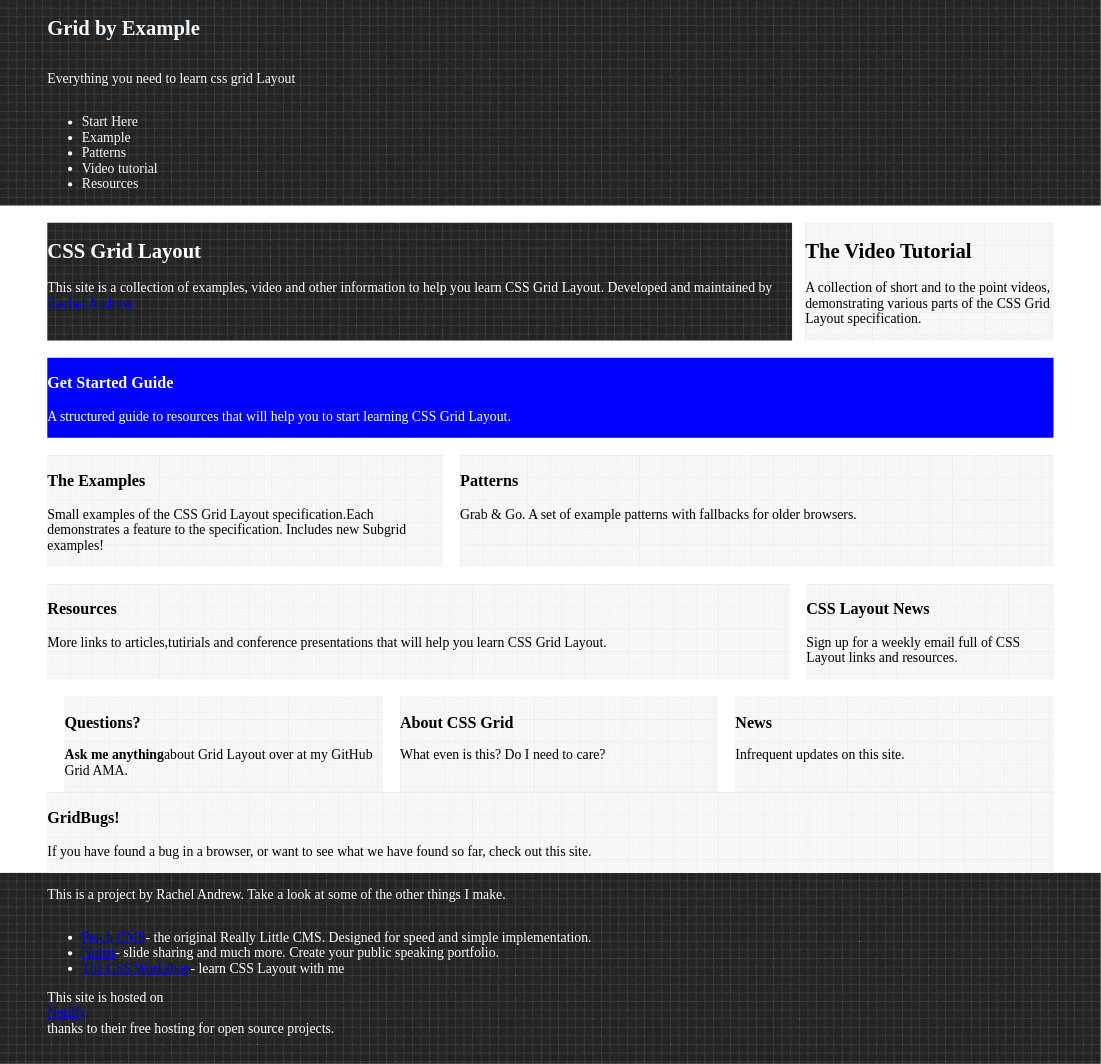
Repository: sitikhusushan/grid
Page: index.html
These files come from the project's save history. The page is drawn as it stood at one moment and after the next save; the edit follows.
The browser window is 1280 px wide. The pictures show the whole page, at 86% of full size.

Above is the page before, as saved 2020-05-12 22:27:56.

After the next save:
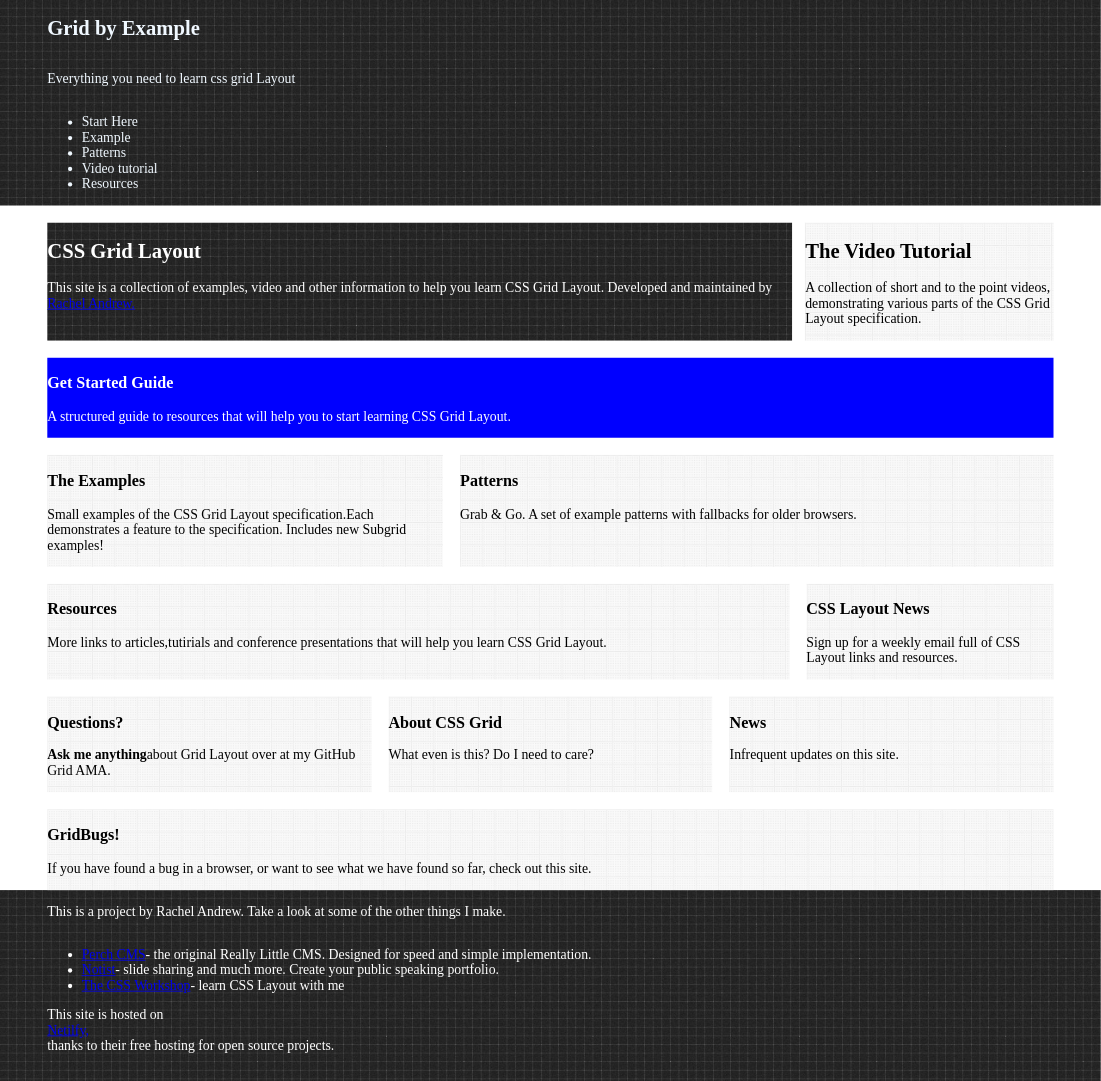
Saved 22 s later.
--- a/style.css
+++ b/style.css
@@ -83,5 +83,5 @@ footer {
   grid-template-columns: 1fr 1fr 1fr;
   grid-gap: 20px;
   margin-top: 20px;
-  margin-left: 20px;
+  margin-bottom: 20px;
 }
